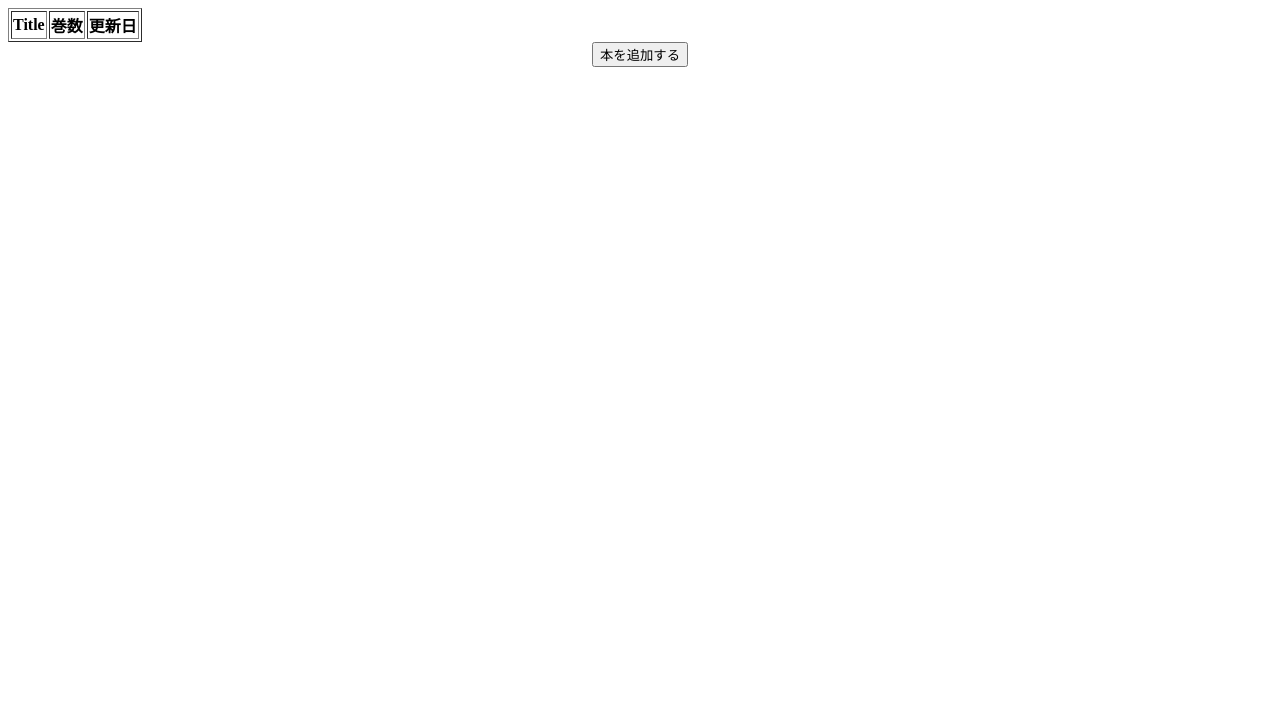
Repository: shotanobukuni/BooksManage
Page: / (app in frontend/app/)
An editor plug-in stored every save of this project. The page is shown before and after the next save, followed by the edit.
The browser window is 1280 px wide. The pictures show the whole page.
The page's requests for data from a server got no answer. The project was rebuilt for these pictures with package versions that can differ from the ones it lists, and the page was loaded fresh each time. No one was signed in, and anything a server would have sent is missing.

Above is the page before, as saved 2021-02-24 20:19:19.

After the next save:
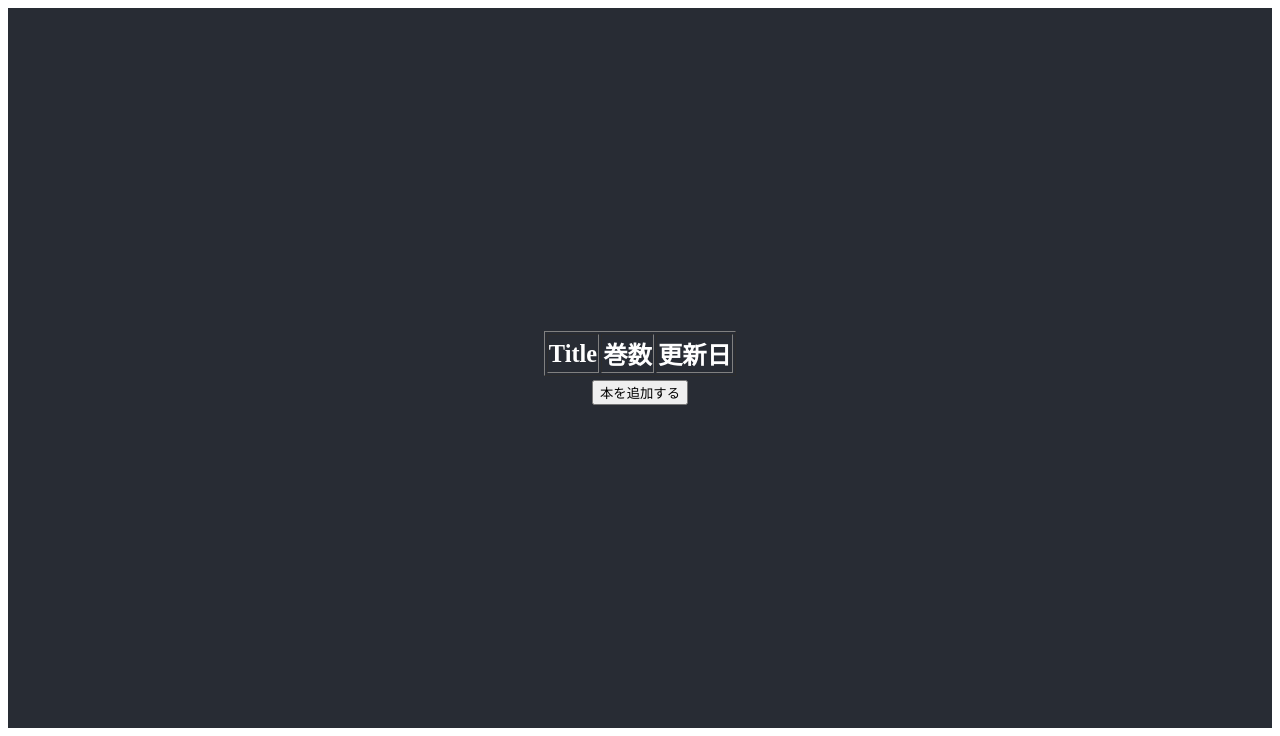
Saved 79 s later.
--- a/frontend/app/src/App.js
+++ b/frontend/app/src/App.js
@@ -4,9 +4,9 @@ import BooskManageView from './components/BooskManageView';
 function App() {
   return (
     <div className="App">
-      {/* <header className="App-header"> */}
+      <header className="App-header">
         <BooskManageView />
-      {/* </header> */}
+      </header>
     </div>
   );
 }
